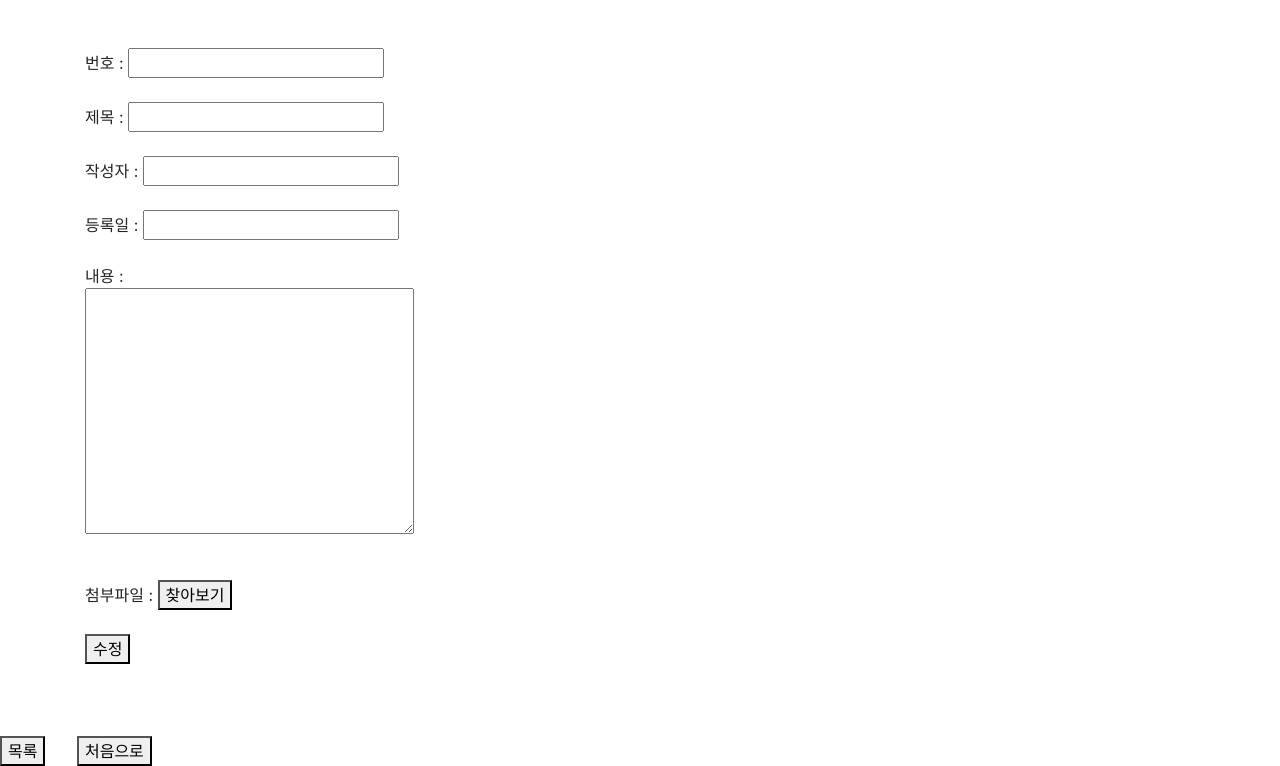
Repository: bbqju13/simai
Page: http://localhost/zip/WEB-INF/views/board/modify.jsp
An editor plug-in stored every save of this project. The page is shown before and after the next save, followed by the edit.
The browser window is 1280 px wide. The pictures show the whole page.
The page is served by Tomcat 9. Nobody is signed in. The template is opened directly, without the code that normally fills it, so the values that code supplies are empty.

Above is the page before, as saved 2023-06-20 01:15:14.

After the next save:
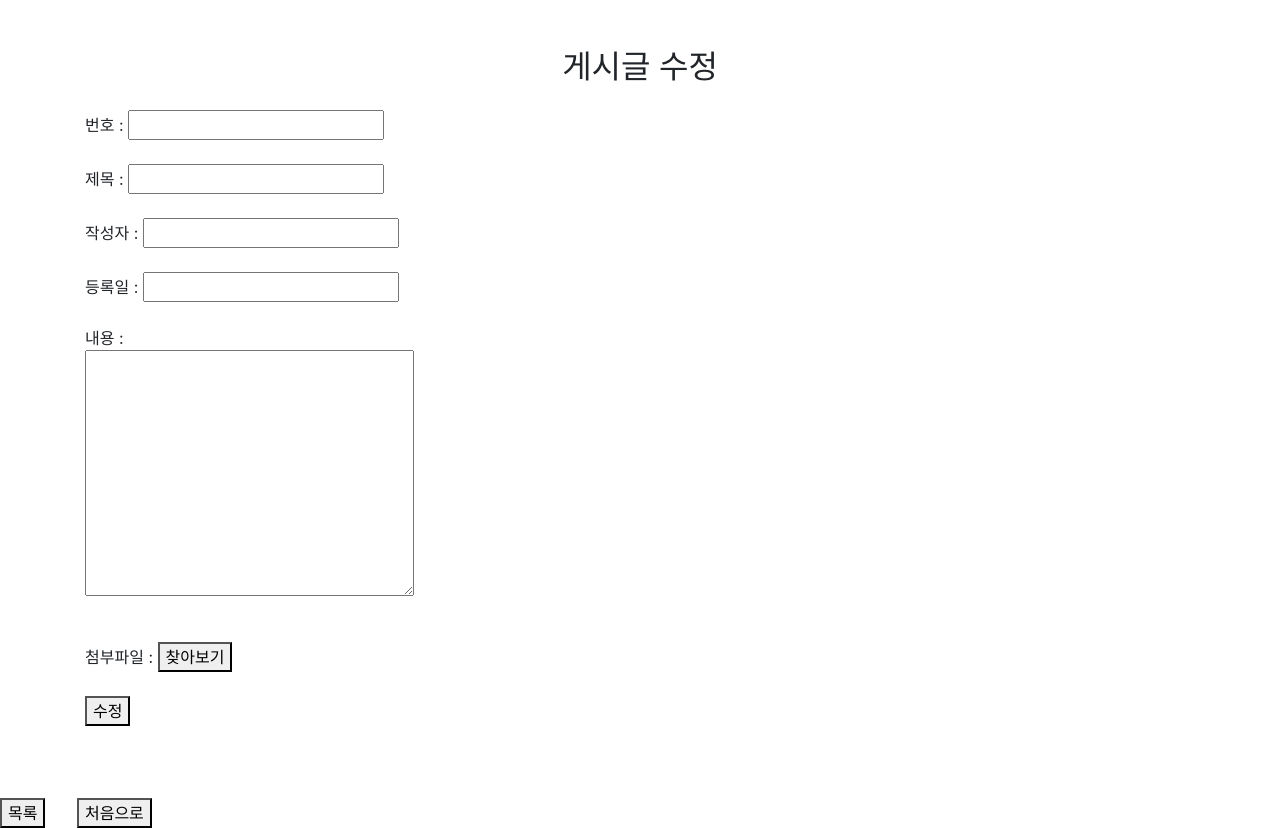
Saved 18 s later.
--- a/zip/src/main/webapp/WEB-INF/views/board/modify.jsp
+++ b/zip/src/main/webapp/WEB-INF/views/board/modify.jsp
@@ -12,6 +12,7 @@
 </head>
 <body>
 <div class="container py-5">
+<h2 class="text-center mb-4">게시글 수정</h2>
 	<form action="/board/modify" method="post"
 		enctype="multipart/form-data">
 		번호 : <input type="text" name="bno" value="${boardDTO.bvo.bno }"
